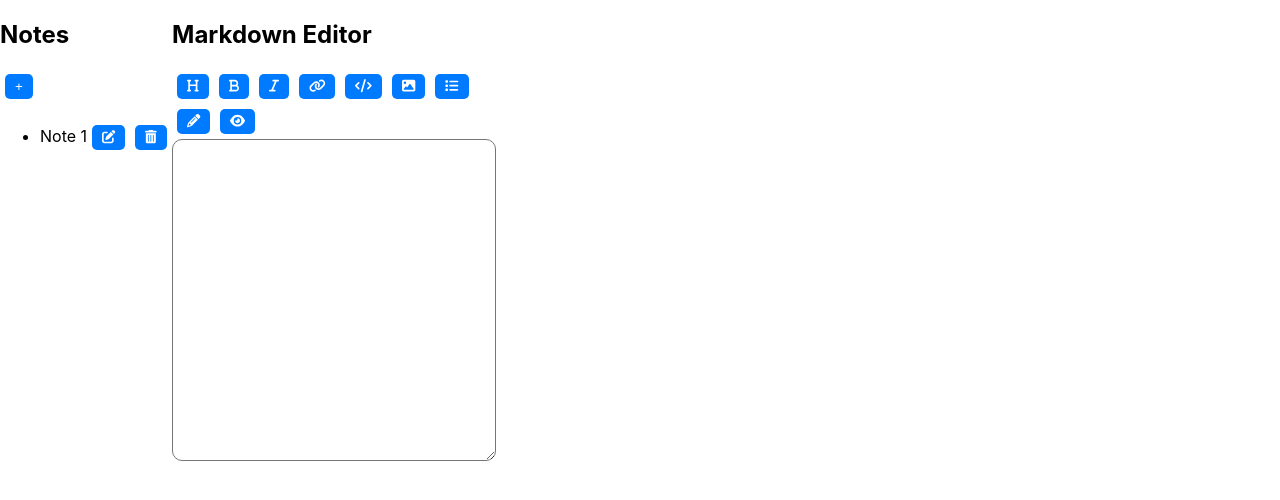
Repository: sriram1224/markdown_editor
Page: /
An editor plug-in stored every save of this project. The page is shown before and after the next save, followed by the edit.
The browser window is 1280 px wide. The pictures show the whole page.
The project was rebuilt for these pictures with package versions that can differ from the ones it lists, and the page was loaded fresh each time.

Above is the page before, as saved 2024-04-22 23:09:06.

### src/App.js
import "./App.css";
import MarkdownEditor from './Components/Markdown';
function App() {
  return (
    <div>
     <MarkdownEditor />
    </div>
  );
}

export default App;

### src/App.css
.markdown-editor {
  display: flex;
  justify-content: space-between;
}

.notes-section {
  width: 45%;
  background-color: #f5f5f5;
  padding: 20px;
  border-radius: 10px;
}

.notes-section h2 {
  color: #333;
}

.notes-section ul {
  list-style-type: none;
  padding: 0;
}
.textarea{
  width: 100%;
  height: 300px;
  border-radius: 10px;
  padding: 10px;
  font-size: 16px;

}

.notes-section ul li {
  margin: 10px 0;
}
.container{
  display: flex;
  width: 100%;

}
.editor-section {

  background-color: #f5f5f5;
  padding: 20px;
  border-radius: 10px;
}

.editor-section h2 {
  color: #333;
}

.editor-section textarea {
  width: 100%;
  height: 300px;
  border-radius: 10px;
  padding: 10px;
  font-size: 16px;
}

button {
  margin: 5px;
  padding: 5px 10px;
  border: none;
  border-radius: 5px;
  background-color: #007bff;
  color: white;
  cursor: pointer;
}

button:hover {
  background-color: #0056b3;
}

### src/Components/Markdown.js
import React, { useState, useRef } from 'react';
import ReactMarkdown from 'react-markdown';
import { FontAwesomeIcon } from '@fortawesome/react-fontawesome';
import { faHeading, faBold, faItalic, faLink, faCode, faImage, faList, faEdit, faTrashAlt, faEye, faPencilAlt } from '@fortawesome/free-solid-svg-icons';


const MarkdownEditor = () => {
  const [notes, setNotes] = useState([{ id: 1, content: '' }]);
  const [currentNoteId, setCurrentNoteId] = useState(1);
  const [markdownContent, setMarkdownContent] = useState('');
  const [showEditor, setShowEditor] = useState(true);

  const textareaRef = useRef();

  const handleNoteAdd = () => {
    const newNoteId = (notes[notes.length - 1]?.id || 0) + 1;
    setNotes([...notes, { id: newNoteId, content: '' }]);
    setCurrentNoteId(newNoteId);
    setMarkdownContent('');
    setShowEditor(true);
  };

  const handleNoteChange = (id, content) => {
    const updatedNotes = notes.map((note) =>
      note.id === id ? { ...note, content } : note
    );
    setNotes(updatedNotes);
  };

  const handleEditorChange = (content) => {
    setMarkdownContent(content);
    handleNoteChange(currentNoteId, content);
  };

  const handleNoteClick = (id) => {
    const note = notes.find(note => note.id === id);
    if (note) {
      setCurrentNoteId(id);
      setMarkdownContent(note.content);
      setShowEditor(true);
    }
  };

  const handleMarkdownFeatureClick = (feature) => {
    const markdownSnippet = {
      heading: '# heading\n',
      bold: '**bold text**\n',
      italic: '*italic text*\n',
      link: '[link text](http://example.com)\n',
      code: '`code`\n',
      image: '![alt text](image.jpg)\n',
      list: '- list item\n',
    }[feature];

    const cursorPosition = textareaRef.current.selectionStart;
    const newMarkdownContent = [
      markdownContent.slice(0, cursorPosition),
      markdownSnippet,
      markdownContent.slice(cursorPosition),
    ].join('');

    setMarkdownContent(newMarkdownContent);
    handleNoteChange(currentNoteId, newMarkdownContent);
  };

  const handleNoteDelete = (id) => {
    setNotes(notes.filter(note => note.id !== id));
    if (id === currentNoteId) {
      setCurrentNoteId(null);
      setMarkdownContent('');
      setShowEditor(false);
    }
  };

  return (
    <div className="container">
      <div className="notes-container">
        <h2>Notes</h2>
        <button className="button" onClick={handleNoteAdd}>+</button>
        <ul>
          {notes.map((note) => (
            <li key={note.id}>
              Note {note.id}
              <button className="button" onClick={() => handleNoteClick(note.id)}><FontAwesomeIcon icon={faEdit} /></button>
              <button className="button" onClick={() => handleNoteDelete(note.id)}><FontAwesomeIcon icon={faTrashAlt} /></button>
            </li>
          ))}
        </ul>
      </div>
      <div className="markdown-container">
        <h2>Markdown Editor</h2>
        <div>
          <button className="button" onClick={() => handleMarkdownFeatureClick('heading')}><FontAwesomeIcon icon={faHeading} /></button>
          <button className="button" onClick={() => handleMarkdownFeatureClick('bold')}><FontAwesomeIcon icon={faBold} /></button>
          <button className="button" onClick={() => handleMarkdownFeatureClick('italic')}><FontAwesomeIcon icon={faItalic} /></button>
          <button className="button" onClick={() => handleMarkdownFeatureClick('link')}><FontAwesomeIcon icon={faLink} /></button>
          <button className="button" onClick={() => handleMarkdownFeatureClick('code')}><FontAwesomeIcon icon={faCode} /></button>
          <button className="button" onClick={() => handleMarkdownFeatureClick('image')}><FontAwesomeIcon icon={faImage} /></button>
          <button className="button" onClick={() => handleMarkdownFeatureClick('list')}><FontAwesomeIcon icon={faList} /></button>
        </div>
        <div>
          <button className="button" onClick={() => setShowEditor(true)}><FontAwesomeIcon icon={faPencilAlt} /></button>
          <button className="button" onClick={() => setShowEditor(false)}><FontAwesomeIcon icon={faEye} /></button>
        </div>
        {showEditor ? (
          <textarea
            ref={textareaRef}
            value={markdownContent}
            onChange={(e) => handleEditorChange(e.target.value)}
            className="textarea"
          />
        ) : (
          <ReactMarkdown className="markdown-content">{markdownContent}</ReactMarkdown>
        )}
      </div>
    </div>
  );
};

export default MarkdownEditor;

Loaded but not shown: public/index.html (common file); src/index.js (common file); src/index.css (common file); src/reportWebVitals.js (common file)

After the next save:
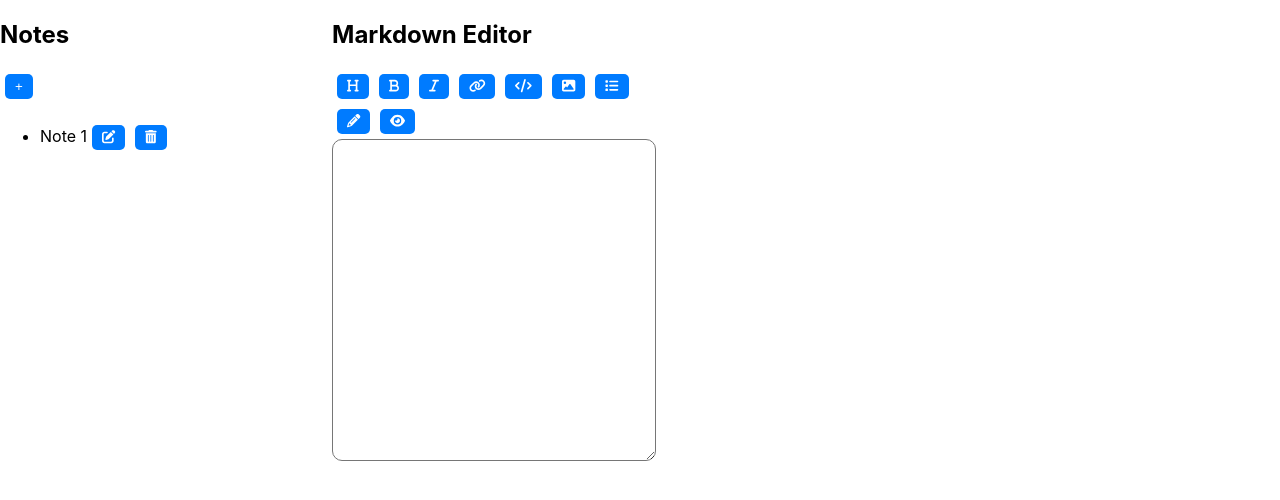
Saved 25 s later.
--- a/src/App.css
+++ b/src/App.css
@@ -33,7 +33,7 @@
 .container{
   display: flex;
   width: 100%;
-
+  gap: 10rem;
 }
 .editor-section {
 
